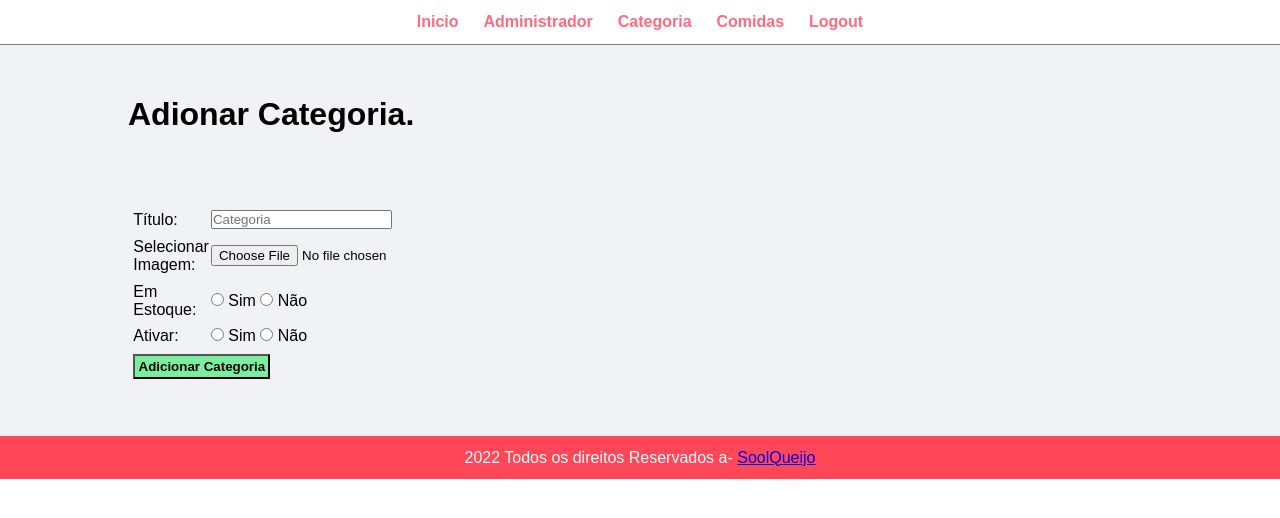
Repository: Rafa070/SoolQueijo
Page: http://localhost/food-order/admin/add-category.php
The author's editor kept a copy of each file at every save. The page is drawn from the files as they stood at one save, then again after the next save.
The browser window is 1280 px wide. The pictures show the whole page.
The page is run by PHP 8.4 with error messages shown; the project is at /var/www/html/. The session is filled in as if someone had signed in: {"login": "bruno123", "username": "bruno123"}.

Above is the page before, as saved 2022-03-20 16:56:12.

After the next save:
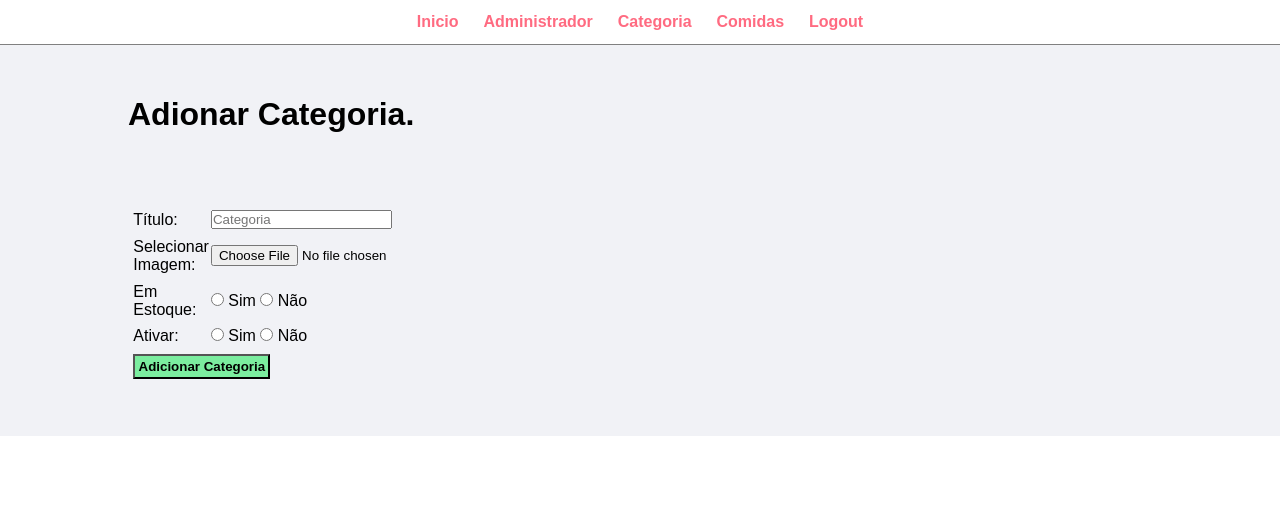
Saved 2 min 40 s later.
--- a/admin/add-category.php
+++ b/admin/add-category.php
@@ -133,5 +133,3 @@
         ?>
     </div>
 </div>
-
-<?php include('partials/footer.php'); ?>
